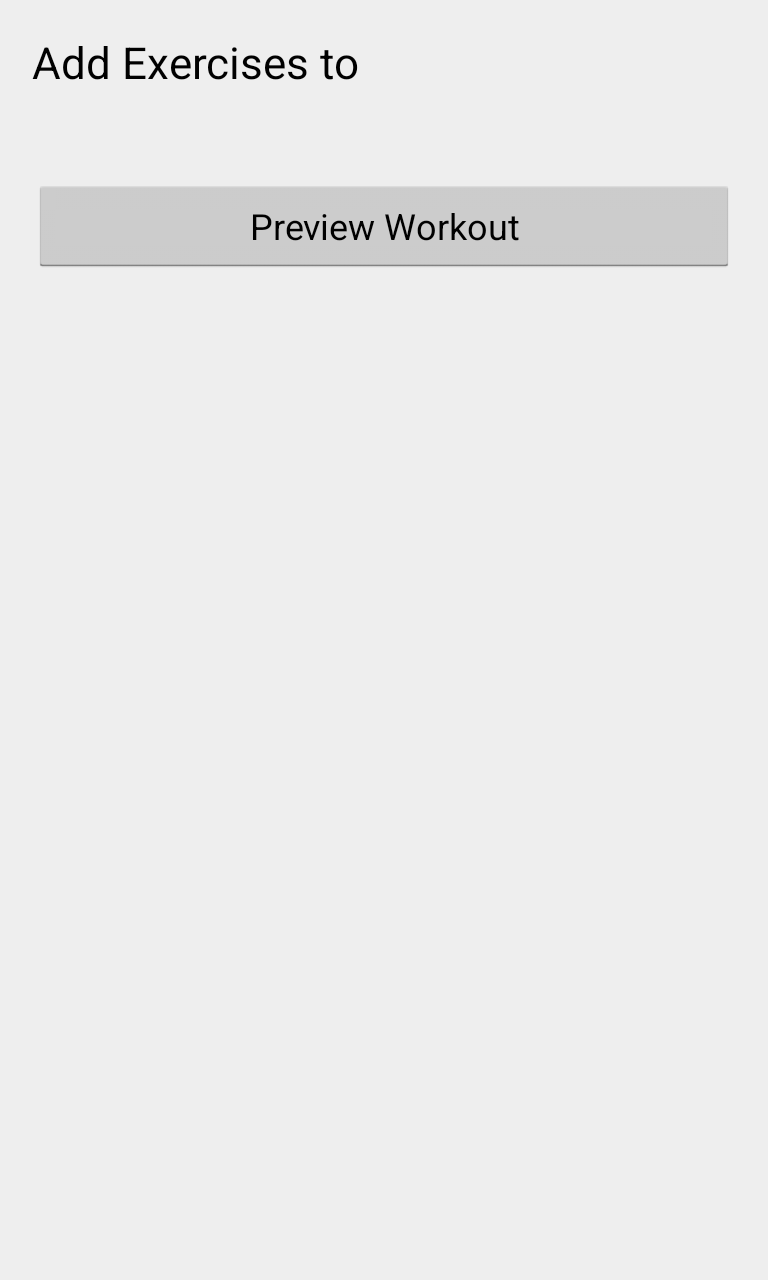
Repository: jmcdon09/EZWorkout
Layout: EzTrain/EzTrain/res/layout/activity_add_exercises.xml
The author's editor kept a copy of each file at every save. The layout is drawn from the files as they stood at one save, then again after the next save.
It is drawn on a 768 x 1280 px phone screen (xhdpi) without system bars, with theme AppTheme; the app's code is not run. Lists and similar views that code fills are empty.

Above is the layout before, as saved 2014-03-28 14:52:15.

### EzTrain/EzTrain/res/layout/activity_add_exercises.xml
<LinearLayout xmlns:android="http://schemas.android.com/apk/res/android"
    xmlns:tools="http://schemas.android.com/tools"
    android:id="@+id/LinearLayout1"
    android:layout_width="match_parent"
    android:layout_height="match_parent"
    android:background="@color/background"
    android:orientation="vertical"
    android:paddingBottom="@dimen/activity_vertical_margin"
    android:paddingLeft="@dimen/activity_horizontal_margin"
    android:paddingRight="@dimen/activity_horizontal_margin"
    android:paddingTop="@dimen/activity_vertical_margin"
    tools:context=".AddExercises" >

    <LinearLayout
        android:layout_width="match_parent"
        android:layout_height="wrap_content" >

        <TextView
            android:id="@+id/adding_exercises"
            android:layout_width="wrap_content"
            android:layout_height="wrap_content"
            android:text="@string/add_exercise_to_workout"
            android:textAppearance="?android:attr/textAppearanceLarge" />

        <TextView
            android:id="@+id/workout_name"
            android:layout_width="wrap_content"
            android:layout_height="wrap_content"
            android:textAppearance="?android:attr/textAppearanceMedium" />

    </LinearLayout>

    <TextView
        android:id="@+id/muscle_group"
        android:layout_width="wrap_content"
        android:layout_height="wrap_content"
        android:textAppearance="?android:attr/textAppearanceMedium" />

    <ListView
        android:id="@+id/exercise_list"
        android:layout_width="match_parent"
        android:layout_height="wrap_content" >
    </ListView>

    <TextView
        android:id="@+id/spinner_result"
        android:layout_width="wrap_content"
        android:layout_height="wrap_content" />

     <LinearLayout
        android:weightSum="100"
        android:layout_width="fill_parent"
        android:layout_gravity="center"
        android:layout_height="wrap_content"
        android:orientation="horizontal" >

        <Button
            android:id="@+id/preview_workout"
            android:layout_width="fill_parent"
            android:layout_height="wrap_content"
            android:layout_weight="60"
            android:layout_gravity="center"
            android:text="@string/preview_workout" />



    </LinearLayout>

</LinearLayout>

### EzTrain/EzTrain/res/values-v11/styles.xml
<?xml version="1.0" encoding="utf-8"?>
<resources>

    <!--
        Base application theme for API 11+. This theme completely replaces
        AppBaseTheme from res/values/styles.xml on API 11+ devices.
    -->
    <style name="AppBaseTheme" parent="android:Theme.Holo.Light">
        <!-- API 11 theme customizations can go here. -->
    </style>

    <style name="FullscreenTheme" parent="android:Theme.Holo">
        <item name="android:actionBarStyle">@style/FullscreenActionBarStyle</item>
        <item name="android:windowActionBarOverlay">true</item>
        <item name="android:windowBackground">@null</item>
        <item name="buttonBarStyle">?android:attr/buttonBarStyle</item>
        <item name="buttonBarButtonStyle">?android:attr/buttonBarButtonStyle</item>
    </style>

    <style name="FullscreenActionBarStyle" parent="android:Widget.Holo.Light.ActionBar">
        <item name="android:background">@color/action_bar_background</item>
        <item name="android:actionMenuTextColor">@color/black_overlay</item>
    </style>

</resources>

### EzTrain/EzTrain/res/values-v14/styles.xml
<resources>

    <!--
        Base application theme for API 14+. This theme completely replaces
        AppBaseTheme from BOTH res/values/styles.xml and
        res/values-v11/styles.xml on API 14+ devices.
    -->
    <style name="AppBaseTheme" parent="@android:style/Theme.Holo.Light.DarkActionBar">
        <!-- API 14 theme customizations can go here. -->
        <item name="android:actionBarStyle">@style/MyActionBar</item>


    </style>

    <style name="MyActionBar" parent="@android:style/Widget.Holo.Light.ActionBar">
        <item name="android:background">@color/action_bar_background</item>
        <item name="android:titleTextStyle">@style/MyActionBarTitle</item>
    </style>

	<style name="MyActionBarTitle" parent="@android:style/TextAppearance.Holo.Widget.ActionBar.Title">
	    <item name="android:textColor">@color/title</item>

	</style>



</resources>

### EzTrain/EzTrain/res/values/colors.xml
<resources>

    <color name="action_bar_background">#4db6af</color>
    <color name="black_overlay">#66000000</color>
    <color name="background">#eee</color>
    <color name="font">#444</color>
    <color name="accent">#ccc</color>
    <color name="title">#FFF</color>

</resources>

### EzTrain/EzTrain/res/values/strings.xml
<?xml version="1.0" encoding="utf-8"?>
<resources>

    <string name="app_name">EZWorkout</string>

    <string-array name="muscle_groups">
        <item>Arms</item>
        <item>Abdominals</item>
        <item>Chest</item>
        <item>Back</item>
        <item>Legs</item>
        <item>Shoulders</item>
    </string-array>

    <string-array name="my_workouts">
        <item>Biceps</item>
        <item>Major Chest Workout</item>
    </string-array>

    <string-array name="chest">
        <item>Benchpress</item>
        <item>Butterflys</item>
        <item>Push Ups</item>
        <item>Iron Cross</item>
        <item>Decline Dumbell Press</item>
        <item></item>
    </string-array>

    <string-array name="arms">
        <item>Bicep Curls</item>
        <item>Spider Curls</item>
        <item>Tricep Dips</item>
        <item>Skullcrushers</item>
        <item>French Press</item>
    </string-array>

    <string-array name="shoudlers">
        <item>Shoulder Abduction</item>
        <item>Military Press</item>
    </string-array>

    <string-array name="abdominals">
        <item>Crunches</item>
        <item>Russian Twists</item>
        <item>Sit-ups</item>
        <item>Toe Touches</item>
    </string-array>

    <string-array name="legs">
        <item>One Legged Squats</item>
        <item>Romanian Deadlifts</item>
        <item>Trap Bar Deadlifts</item>
        <item>Box Jumps</item>
    </string-array>

    <string-array name="back">
        <item>Standing Good Mornings</item>
        <item>Seated Good Mornings</item>
        <item>Reverse Hypers</item>
        <item>Chin Ups</item>
    </string-array>

    <string name="workout_now">Start Workout</string>
    <string name="progress">My Progress</string>
    <string name="design_work">Design Workout</string>
    <string name="title_activity_start_workout">Start Workout</string>
    <string name="title_activity_my_progress">My Progress</string>
    <string name="title_activity_design_workout">Design Workout</string>
    <string name="title_activity_add_exercises">Add Exercises</string>
    <string name="title_activity_create_exercise">Create Exercise</string>
    <string name="title_activity_preview_workout">Preview Workout</string>
    <string name="title_activity_my_workouts">My Workouts</string>
    <string name="title_activity_workout">Workout</string>
    <string name="title_activity_active_workout">Active Workout</string>
    <string name="workout_name">Workout Name</string>
    <string name="return_workout"></string>
    <string name="action_settings">Action Settings</string>
    <string name="add_exercise_to_workout">Add Exercises to </string>
    <string name="add_exercise">Add Exercise</string>
    <string name="begin_design">Start Design</string>
    <string name="create_exercise">Create Exercise</string>
    <string name="muscle_group">Muscle Group</string>
    <string name="workout_description">Workout Description</string>
    <string name="related_workouts">Related Workouts</string>
    <string name="my_workouts">My Workouts</string>
    <string name="exercises">Exercises</string>
    <string name="start_workout">Start Workout</string>
    <string name="browse_workouts">Browse Workouts</string>
    <string name="exercise_name">Exercise Name</string>
    <string name="set_number">Set #</string>
    <string name="reps">Repitions</string>
    <string name="rep_hint">Rep hint goes here</string>
    <string name="weight">Weight</string>
    <string name="table_exercise">Exercise</string>
    <string name="table_sets">Sets</string>
    <string name="table_reps">Repititions</string>
    <string name="action_home">Home</string>
    <string name="exercise1">Bench press </string>
    <string name="set1">4</string>
    <string name="rep1">8#821112</string>
    <string name="exercise_detail">Details here</string>
    <string name="title_activity_preview_exercise">Preview Exercise</string>
    <string name="hello_world">Hello world!</string>
    <string name="preview_workout">Preview Workout</string>
    <string name="title_activity_preview_design">Preview Design</string>
    <string name="exercise">Exercise: </string>
    <string name="preview_exer_set">Sets: </string>
    <string name="preview_exer_reps">Reps: </string>

</resources>

Loaded but not shown: EzTrain/EzTrain/res/values/styles.xml (common file); EzTrain/EzTrain/res/values/dimens.xml (common file)

After the next save:
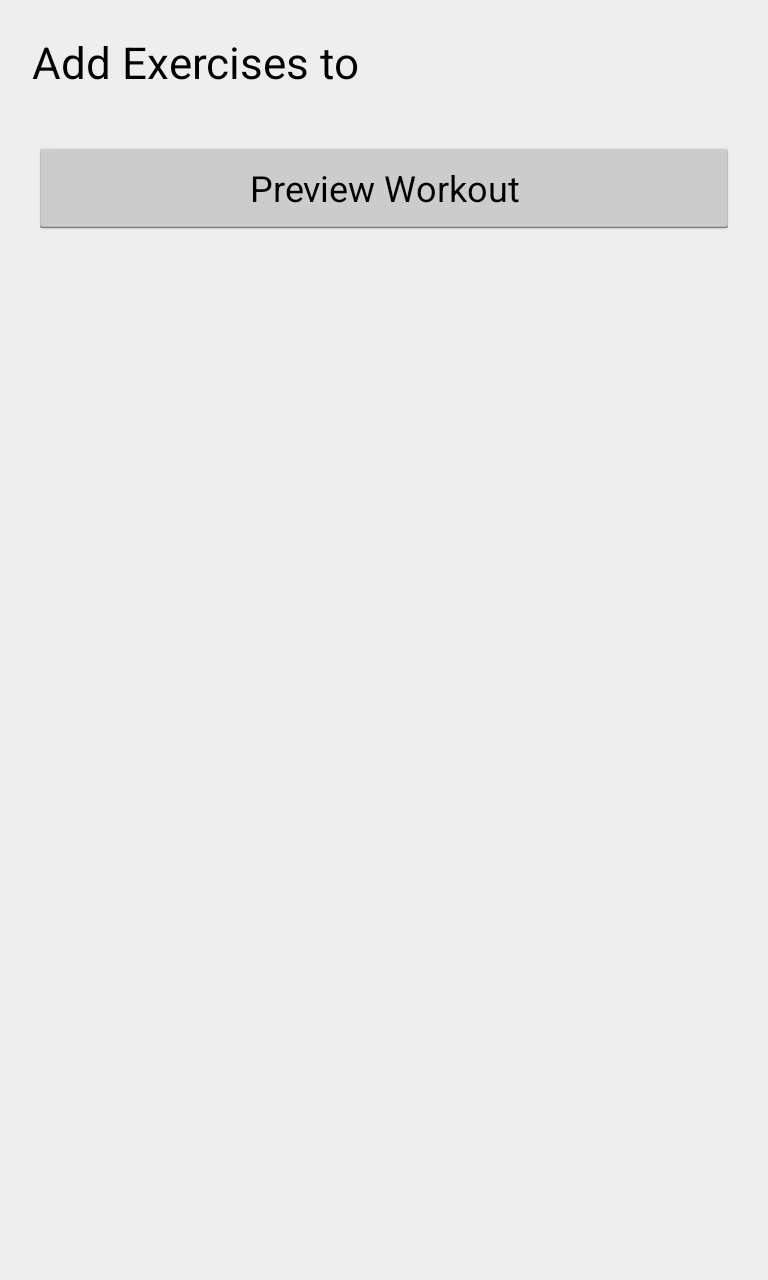
Saved 12 s later.
--- a/EzTrain/EzTrain/res/layout/activity_add_exercises.xml
+++ b/EzTrain/EzTrain/res/layout/activity_add_exercises.xml
@@ -42,11 +42,6 @@
         android:layout_height="wrap_content" >
     </ListView>
 
-    <TextView
-        android:id="@+id/spinner_result"
-        android:layout_width="wrap_content"
-        android:layout_height="wrap_content" />
-
      <LinearLayout
         android:weightSum="100"
         android:layout_width="fill_parent"
